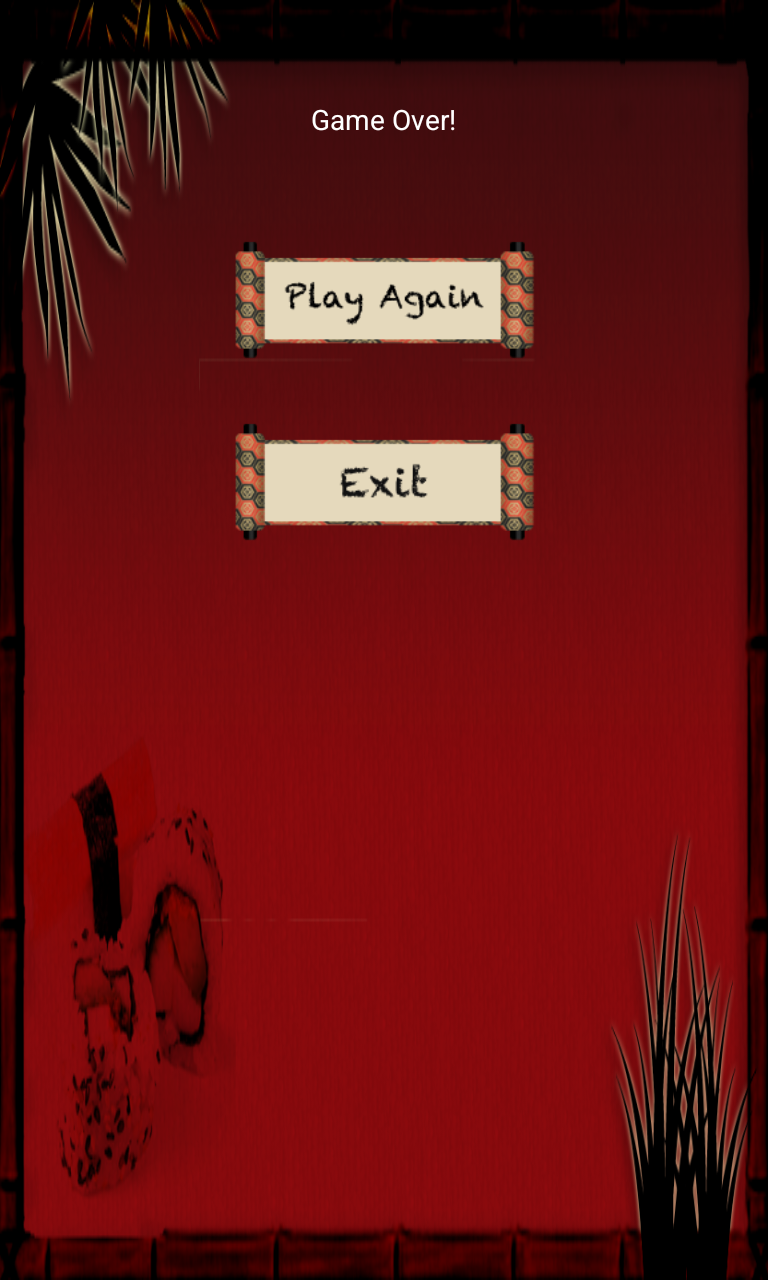
Repository: Kreispy/Sushi-Samurai
Layout: SushiNinja/res/layout/end.xml
These files come from the project's save history. The layout is drawn as it stood at one moment and after the next save; the edit follows.
It is drawn on a 768 x 1280 px phone screen (xhdpi) without system bars, with theme AppTheme; the app's code is not run.

Above is the layout before, as saved 2013-04-27 06:52:38.

After the next save:
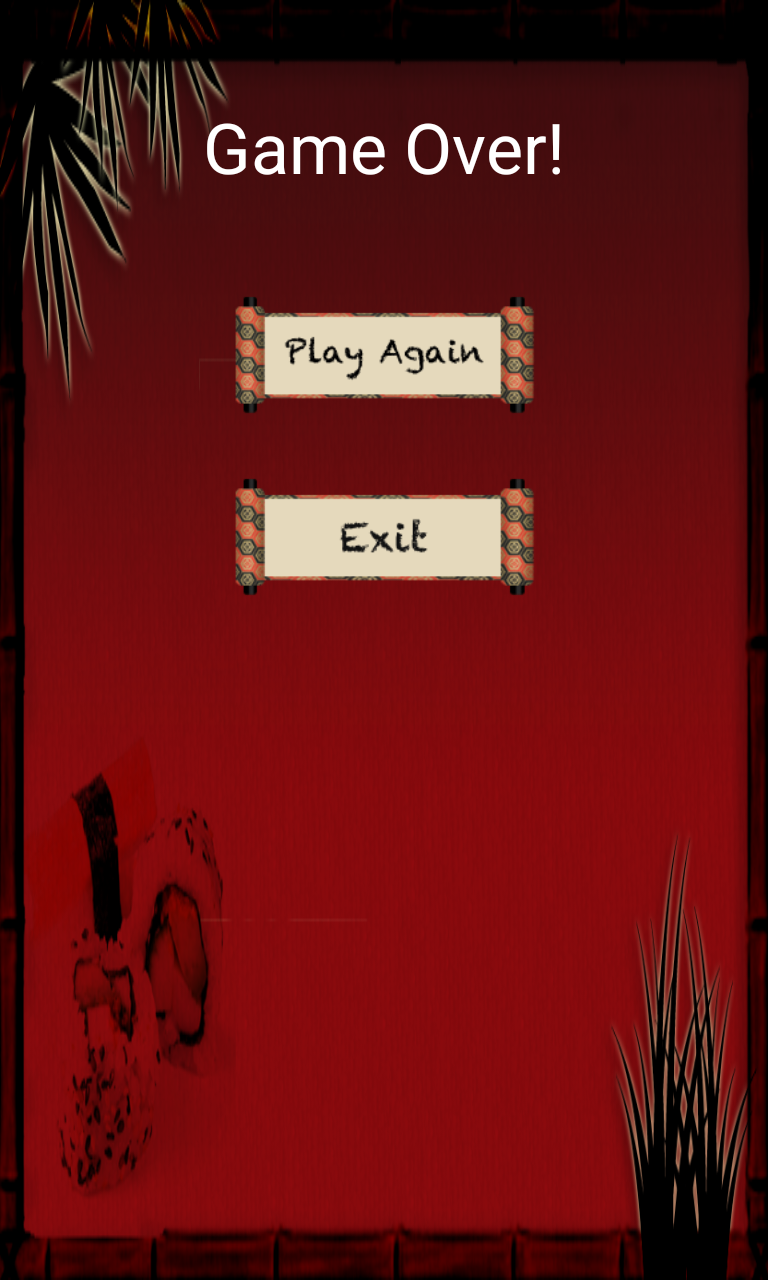
Saved 2 min 17 s later.
--- a/SushiNinja/res/layout/end.xml
+++ b/SushiNinja/res/layout/end.xml
@@ -11,6 +11,7 @@
             android:layout_centerHorizontal="true"
             android:layout_margin="50dp"
             android:text="@string/over"
+            android:textSize="@dimen/text35"
             android:textColor="@color/white" />
 
 	    <Button
